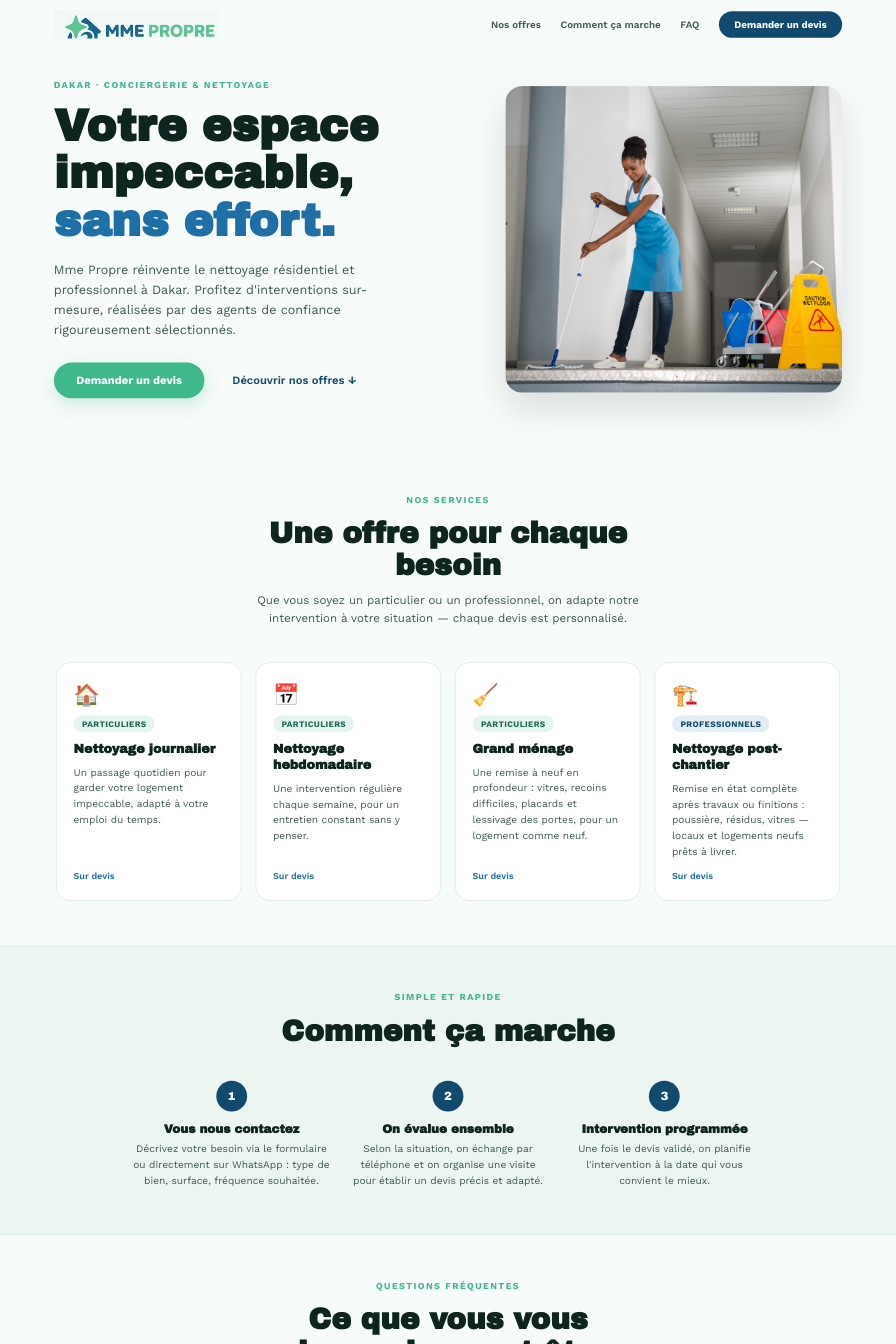
Repository: AntaaaKD/Mme-Propre
Page: index.html
An editor plug-in stored every save of this project. The page is shown before and after the next save, followed by the edit.
The browser window is 1280 px wide. The pictures show the part of the page from y = 0 to 1920 px (the page is 3759 px tall), at 70% of full size.

Above is the page before, as saved 2026-07-25 09:05:55.

After the next save:
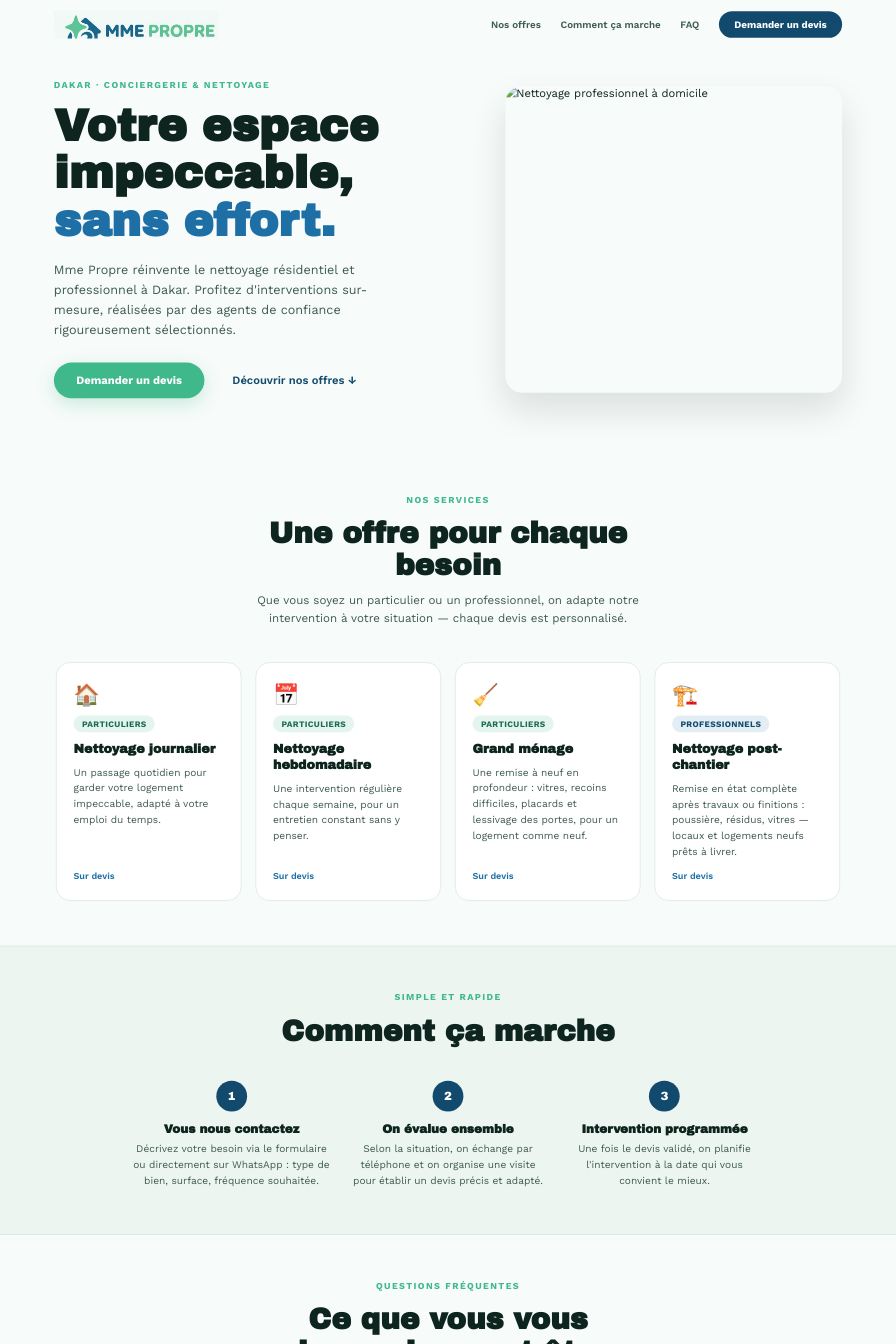
Saved 6 min 27 s later.
--- a/index.html
+++ b/index.html
@@ -204,7 +204,7 @@
       </div>
     </div>
     <div class="hero-image">
-      <img src="images/hero.jpg" alt="Nettoyage professionnel à domicile">
+      <img src="" alt="Nettoyage professionnel à domicile">
     </div>
   </div>
 </section>

After the save that followed:
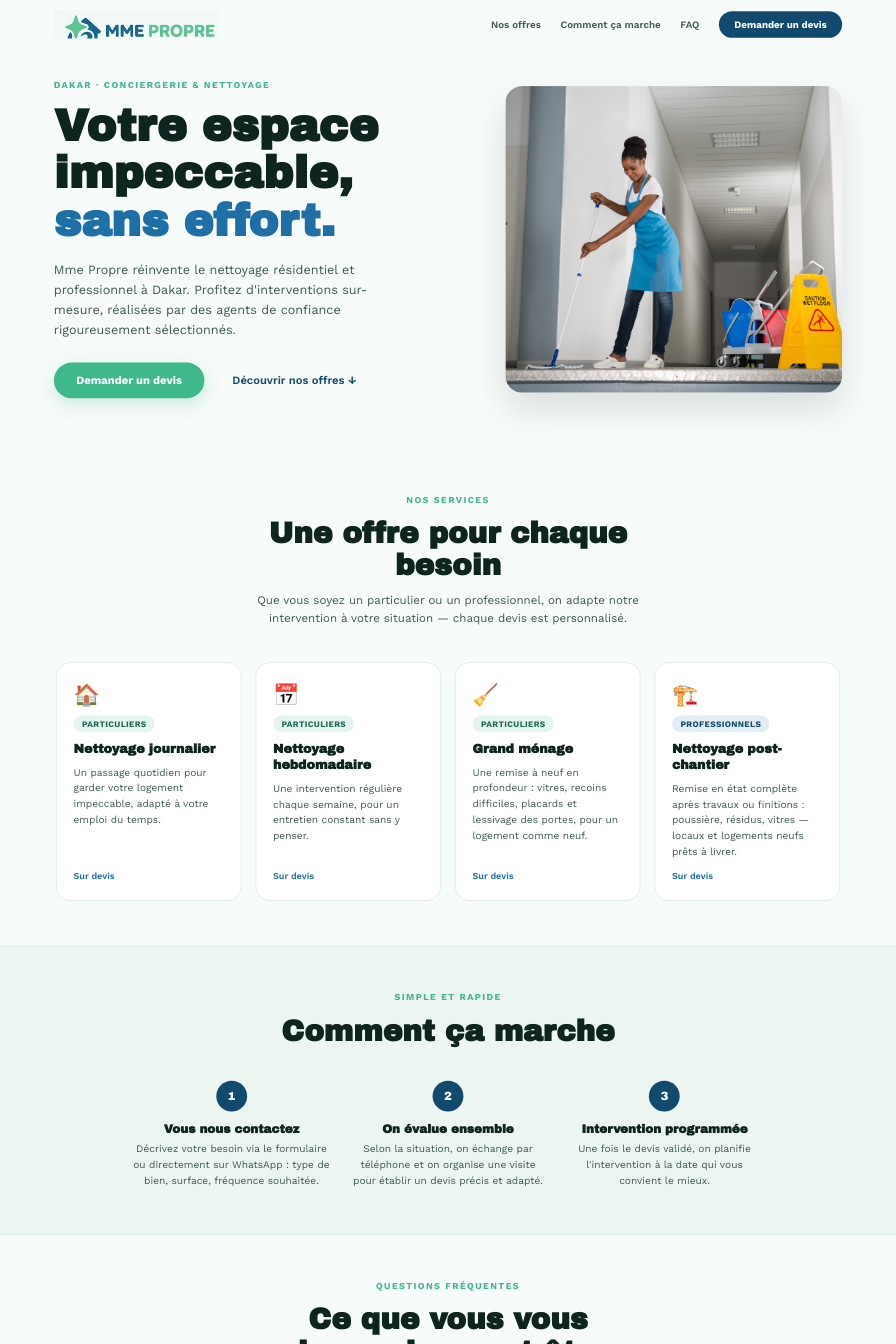
Saved 10 s later.
--- a/index.html
+++ b/index.html
@@ -204,7 +204,7 @@
       </div>
     </div>
     <div class="hero-image">
-      <img src="" alt="Nettoyage professionnel à domicile">
+      <img src="images/hero.jpg" alt="Nettoyage professionnel à domicile">
     </div>
   </div>
 </section>
